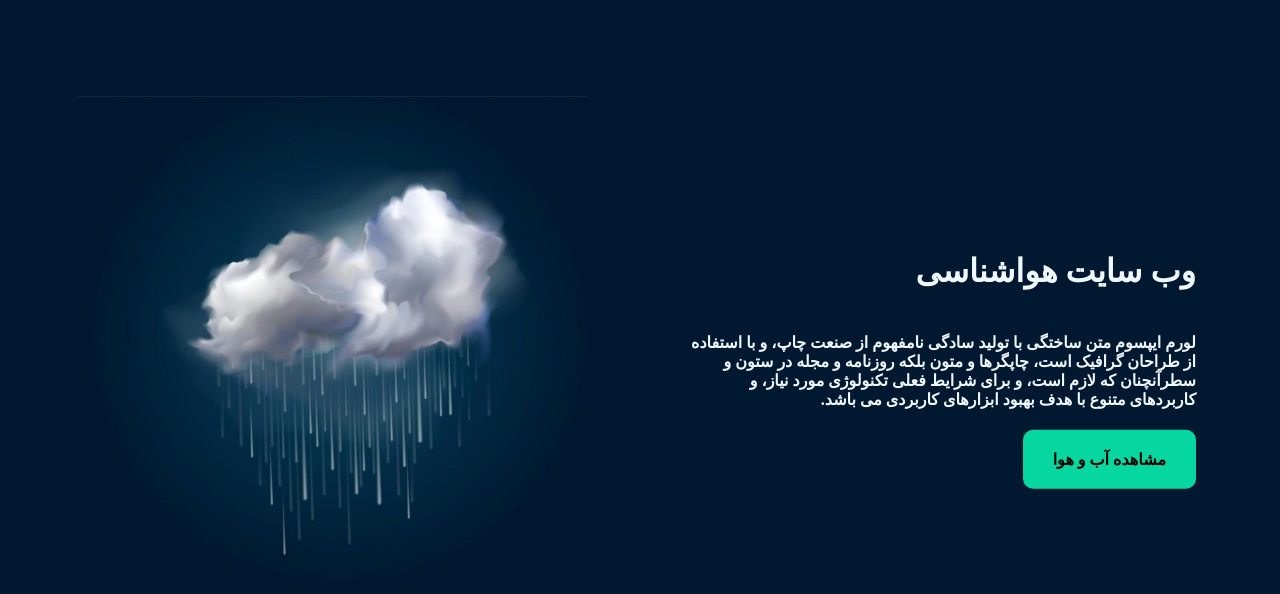
Repository: fateme81yosefi/weather
Page: landing/Landing.html
The author's editor kept a copy of each file at every save. The page is drawn from the files as they stood at one save, then again after the next save.
The browser window is 1280 px wide. The pictures show the whole page.
Some web fonts or font styles are not loaded; a fallback is used.

Above is the page before, as saved 2025-02-02 17:10:46.

After the next save:
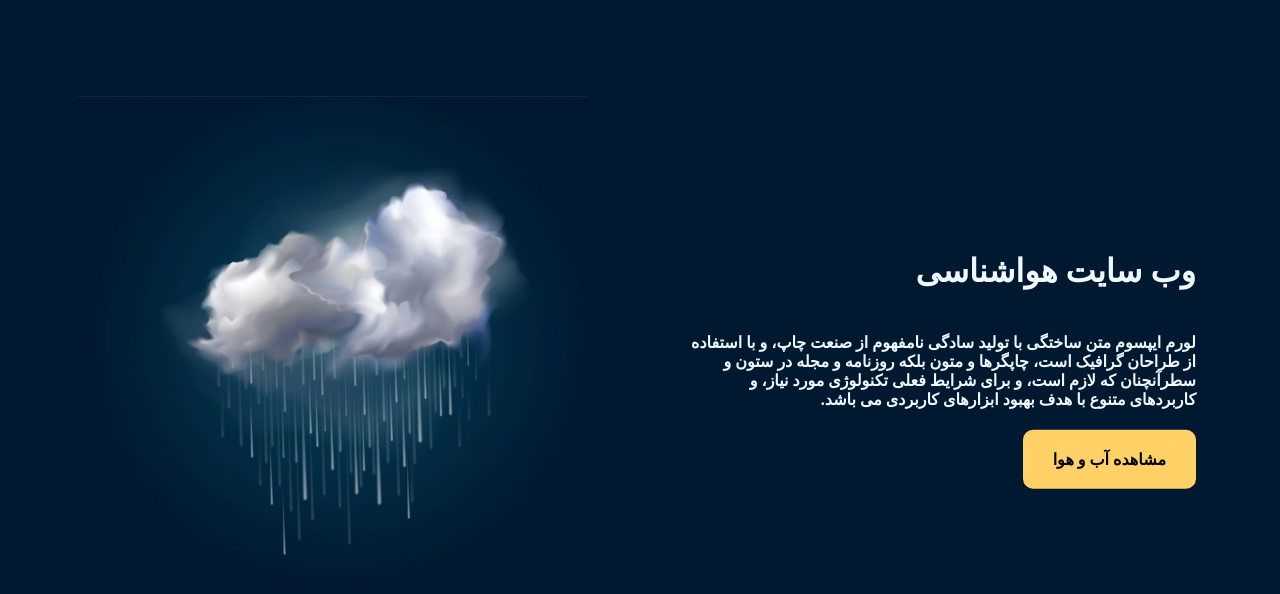
Saved 12 s later.
--- a/landing/style/landing.css
+++ b/landing/style/landing.css
@@ -68,7 +68,7 @@ body {
     align-items: end;
   }
   .go-to-weather {
-    background-color: #06d6a0;
+    background-color: #ffd166;
     border: none;
     border-radius: 10px;
     padding: 20px 30px;
